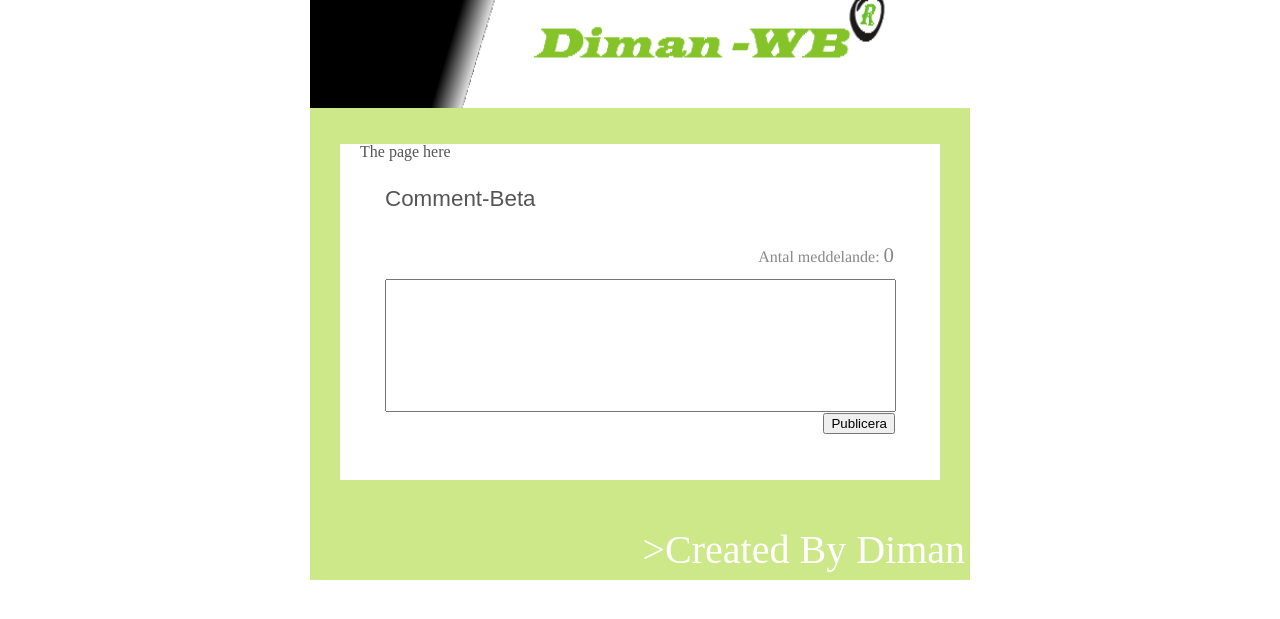
Repository: dn222em/1dv403-laborationer
Page: 2-labbymezzage/index.html
The author's editor kept a record of every edit. The page is drawn from the files as they stood at one moment, then again after the next edit.
The browser window is 1280 px wide. The pictures show the whole page.

Above is the page before.

### 2-labbymezzage/index.html
<!doctype html>
<html lang="sv">
<head>

        <meta charset="utf-8">
        <title>Labby mezzage</title>
        <link rel="stylesheet" href="style.css" />
        <script type="text/javascript" src="Message.js"></script>
        <script type="text/javascript" src="MessageBoard.js"></script>

</head>
<body>
    <div id="container">
        <header>
			<h1>Blogg</h1>
		</header>
    <main id="main">
        <div id="page">
            The page here
             <div class="main-comment">
 <h3 class="comment-title">Comment-Beta</h3>
                <div id="comments-list" class="comments-list">
                     <ul id="comment-holder" class="comment-holder">
                     </ul>

                </div>

         </div>
    <p id="count-comments" class="count-comments">Antal meddelande: <code id="count-length" class="count-length">0</code></p>
         <div class="comment-box">
            <textarea  name="kommentar" id="comment-box"></textarea>
         </div>
             <div id="comment-publish-button">
                 <input id="publish-button" type="button" name="submit" value="Publicera" />
             </div>
         </div>
    </main>
            <footer id="footer"><p>>Created By Diman</p></footer>
    </div>
</body>

</html>

### 2-labbymezzage/style.css
/*Reset-styleshhet
-----------------------------------------------------------------------------*/
/* http://meyerweb.com/eric/tools/css/reset/
   v2.0 | 20110126
   License: none (public domain)
*/

html, body, div, span, applet, object, iframe,
h1, h2, h3, h4, h5, h6, p, blockquote, pre,
a, abbr, acronym, address, big, cite, code,
del, dfn, em, img, ins, kbd, q, s, samp,
small, strike, strong, sub, sup, tt, var,
b, u, i, center,
dl, dt, dd, ol, ul, li,
fieldset, form, label, legend,
table, caption, tbody, tfoot, thead, tr, th, td,
article, aside, canvas, details, embed,
figure, figcaption, footer, header, hgroup,
menu, nav, output, ruby, section, summary,
time, mark, audio, video {
	margin: 0;
	padding: 0;
	border: 0;
	font-size: 100%;
	font: inherit;
	vertical-align: baseline;
}
 HTML5 display-role reset for older browsers
article, aside, details, figcaption, figure,
footer, header, hgroup, menu, nav, section {
	display: block;
}
body {
	line-height: 1;
}
ol, ul {
	list-style: none;
}
blockquote, q {
	quotes: none;
}
blockquote:before, blockquote:after,
q:before, q:after {
	content: '';
	content: none;
}
table {
	border-collapse: collapse;
	border-spacing: 0;
}
/*End of Reset - stylesheet
--------------------------------------------------------------------
/*CSS -Stylesheet
======================================================================================================*/
#container{
    width: 660px;
    height:auto;
	background-color:#cce889;/*#c2d8fc;*/
	margin:0 auto;
	padding:0;
	background-image:url("pics/20.png");
	background-repeat:no-repeat;
	background-size:660px 130px;
	margin-top:-22px;

}


h1{
	margin-bottom:50px;
}

/*body{
	background-color:#FFF;
}*/
main {

	background-color: #FFF;
	width: 600px;
	margin:10px auto 10px auto;
	height:auto;
	margin-top:150px;
	padding-bottom:50px;
}

footer{
	margin-top:50px;
	clear:both;
}

footer p {
	font-size:2.5em;
	text-align:right;
	color:#fff;
	margin:5px;
	padding-bottom:10px;
}
.comment-paragraf{
	width:500px;
	margin:2px;
}
/*=======================================================p - total comments*/
.count-comments{
	font-size:1em;
	font-family:'Times';
	float:right;
	margin-right:26px;
	margin-bottom:-2px;
	color:#888;
}

.count-length{
	font-size:1.3em;

}

/*=========================================================page*/
#page{
	width:auto;
	height:auto;
	color:#555;
	margin:20px;
	border-bottom:1px solid #e1e1e1;
	border:none;

}

/*==========================================================comment area*/
.main-comment{
	margin:20px;
	width:auto;
	height:auto;
	color:#444;

}

.comment-title{
	height:45px;
	line-height:37px;
	font-size:1.4em;
	font-family:'Arial';
	margin:0 5px 0 5px;
	color:#555;

}

/*====================================================posted comments*/
.comments-list{
	font-size:1em;
	font-family:'Times';
	margin:10px 5px 10px 5px;
	color:#555;
	color:#766;

}

#comment-holder{
	list-style-type:none;
	margin:0px;
	padding:0px;
	width:auto;
	height:auto;
}


.comment-holder-li{
	list-style-type:none;
	margin:5px 0px 5px 0px;
 	border:1px solid black;/*#e1e1e1;*/
 	padding-left:5px;
 	padding-right:5px;
	background-color:#cce889;
	min-height:80px;
	display:block;


}

.comment-holder-li:hover{
	background-color:#FDB;
}

/*=======================================================date*/
.comment-date{
	float:right;
}

.writen-date{

	font-family:Arial;
	color:red;
	font-size:0.7em;
	float:right;
	position: relative;
	margin-right:18px;
	padding-top:10px;
	margin-top:-25px;

}


/*========================================================buttons*/

.comment-upp-buttons ul{
    margin: 10px;
    padding: 5px;

}

.comment-upp-buttons li{

   	width: 60px;
    display: inline;
    border:none;
	list-style-type: none;
	padding: 10px;


}

.date-button, .delete-button{
	width: 60px;
    display: inline;
	float:right;
	position: relative;
	width:24px;
	height:24px;
	top:-10px;
	cursor:pointer;


}

.date-button:hover{
	-webkit-transform: scale(1.2);
    -moz-transform: scale(1.2);
    transform: scale(1.2);
}
.date-button:active{
	-webkit-transform: scale(1);
    -moz-transform: scale(1);
    transform: scale(1);
}

.delete-button:hover{
	-webkit-transform: scale(1.2);
    -moz-transform: scale(1.2);
    transform: scale(1.2);
}
.delete-button:active{
	-webkit-transform: scale(1.0);
    -moz-transform: scale(1.0);
    transform: scale(1.0);
}


/*==================================================comments textarea*/
.comment-box{
	height:130px;
	width:auto;
	margin:5px;
	margin-right:20px;
	margin-left:25px;
	margin-top:55px;
	min-height:100px;


}

#comment-box{
	width:98%;
	color:#223;/*#272426;*/
	height:98%;
	position:relative;
	resize:none;
	margin-top:-1px;

}

#comment-box:hover{
	border:2px solid #279521;
}

#comment-publish-button{
	margin-top:-2px;
	float:right;
	margin-right:25px;

}
#publish-button{
	cursor:pointer;
}

### 2-labbymezzage/Message.js
"use strict";

/* Denna "klass" skapar vi Message-objekt utifrån.
 * Vi kapslar in privata variabler med getters och setters.
*/
    function Message (message, date, id){

        this.getText = function(){ return this.message; };
        this.setText = function(_message){
            if(typeof _message === "undefined" || _message.trim() ==="" ){
                console.log("Textarean är tom!");
            }
            this.message = _message;};

        this.getNewDate = function(){ return this.date;};
        this.setNewDate = function(_date){ this.date = _date;};

        this.getId = function (){return this.id;};
        this.setId = function(_id){ return this.id = _id;};
    }

    Message.prototype.toString = function (){
        return this.getText();// +"<br/>"+"<br/>" +" (" + this.getNewDate() + ") ";
    };

### 2-labbymezzage/MessageBoard.js
"use strict";

/* I denna fil körs vår applikation.
 * Vi använder window.onload för att starta applikationen när
 * fönstret laddat klart. *
 */

var MessageBoard = {

    messages : [],

    count: 0,

    init : function (){

    var publish = document.getElementById("publish-button");
    publish.onclick = MessageBoard.createMessage;

    var shiftEnterKey = document.getElementById("comment-box");
    shiftEnterKey.onkeypress = function ( e) {

        if(e.keyCode == 13 && !e.shiftKey) {
            MessageBoard.createMessage();
            return false;

        }
        else if (e.keyCode == 13 && e.shiftKey) {
                //shiftEnterKey.value+='<br  />';//
            }
        };
    /*var enterKey = document.getElementById("comment-box");
    enterKey.onkeypress = function (e) {
        if(e.keyCode === 13){
            createMessage();
        }
    };*/
},


    createMessage:function (){

        var now = new Date();//.toLocaleString();
        var message = new Message();
    	var ul = document.getElementById("comment-holder");
    	var li = null;//document.createElement("li");
    	var div1 = null;
    	var div2 = null;
    	var div3 = null;
    	var div4 = null;
    	var div5 = null;
    	var div6 = null;
    	var div7 = null;
    	var div8 = null;
    	var p = null;
        var paragr = document.getElementById("count-comments");
        var messageBirth;
        var subText = null;
        var emptyLine = null;
        var idCounter = MessageBoard.count;
        getMessage();


        function getMessage(){

		message.setText(document.getElementById("comment-box").value);

		if(message.message === "" || document.getElementById("comment-box").value.trim() ===""){
            document.getElementById("comment-box").style.backgroundColor =" #e1e1e1";
            document.getElementById("comment-box").style.border="1px solid red";
            document.getElementById("comment-box").value = "Du måste skriva något för att kommentera";

            var delay=1000;

            setTimeout(function(){
                document.getElementById("comment-box").style.backgroundColor ="white";
                document.getElementById("comment-box").style.border = "1px solid #cce889";
		        document.getElementById("comment-box").value = "";
            },delay);
		return;
		}

		message.setNewDate(now);
		if(MessageBoard.shiftEnterKey){
            subText = message.toString();
            emptyLine = subText.replace(/[\n\r]/g, "<br/>");
            message.setText(emptyLine);
		}
		++idCounter;
		//message.id = "message No"+idCounter;
		message.setId("message No"+idCounter);
	    MessageBoard.messages.push(message);
		createElements(message);
		emptyBox();
		MessageBoard.count++;
        return message;

    }

    function emptyBox(){
    document.getElementById("comment-box").value="";
	var boxNew =document.getElementById("comment-box").value;
    boxNew.trim();

    }

    function createElements(message){

        div6 = document.getElementsByClassName("count-length");
	    while(div6[0]) {
         div6[0].parentNode.removeChild(div6[0]);
        }

	    li = document.createElement("li");
    	document.getElementsByClassName("comment-holder")[0];//.appendChild(li);
    	//li.innerHTML = message.message;//toString();//message.message;
        li.className ="comment-holder-li";
	    li.id = idCounter+"li";

	    ul.appendChild(li);

    	ul.insertBefore(li, ul.childNodes[0]);

        p=document.createElement("p");
        document.getElementById(li.id).appendChild(p);
        p.className ="comment-paragraf";
        li.appendChild(p);
        p.innerHTML = message.message;

	    div1 = document.createElement("div");
        document.getElementById(li.id).appendChild(div1);
        //document.getElementsByClassName("comment-holder-li")[0];
        div1.className = "comment-upp-buttons";
        div1.id = idCounter+"comment-upp-buttons";
        div1.innerHTML;
        li.appendChild(div1);

        div2 = document.createElement("ul");
        document.getElementById(div1.id).appendChild(div2);
        //document.getElementsByClassName("comment-upp-buttons")[0];
        div2.id = idCounter+"ul2";
        div2.innerHTML;
        div1.appendChild(div2);

        div3 = document.createElement("li");
        document.getElementById(div2.id).appendChild(div3);
        div3.id = idCounter+"li2";
        div3.innerHTML;
        div2.appendChild(div3);

        div4 = document.createElement("img");
        document.getElementById(div3.id).appendChild(div4);
        div4.id = idCounter+"date-button";
        div4.className = "date-button";
        div4.innerHTML;
        div3.appendChild(div4);
        div4.setAttribute("src", "pics/TIMER.png");
        div4.setAttribute("onClick", "");
        //div4.onclick = showDate;
        div4.addEventListener("click", showDate);

        div5 = document.createElement("img");
        document.getElementById(div4.id).appendChild(div5);
        div5.className ="delete-button";
        div5.id =idCounter+ "delete-button";
        div3.appendChild(div5);
        div5.innerHTML;
        div5.setAttribute("src", "pics/DELETE.png");
        div5.setAttribute("onClick", "");
        //div5.onclick = deleteMessage;
        div5.addEventListener("click", deleteMessage);


        div8 = document.createElement("div");
        document.getElementsByClassName(li.id)[1];//.appendChild(div8);
        div5.appendChild(div8);
        div8.id = idCounter+"comment-date";
        div8.className ="comment-date";
        li.appendChild(div8);

        div7 = document.createElement("code");
        document.getElementById(div8.id).appendChild(div7);
        div7.className = "writen-date";
        div7.id = idCounter+"writen-date";
        div8.appendChild(div7);
        div7.innerHTML= showTime(message.date);


        div6 = document.createElement("code");
        document.getElementById("count-comments").appendChild(div6);
        div6.id = "count-length";
        div6.className = "count-length";
        paragr.appendChild(div6);

        div6.innerHTML= MessageBoard.messages.length;
    }

    function showTime(str){


        str  = message.date;

		//Create a new date-object to find the exact day.
	    messageBirth = new Date((-(-str - now))-now );

        var hours = messageBirth.getHours();
        var minutes = messageBirth.getMinutes();
        var seconds = messageBirth.getSeconds();

        //messageBirth.getHours()+":"+messageBirth.getMinutes()+":"+messageBirth.getSeconds()
        if(hours < 10){
            hours ="0"+hours;
        }
        if (minutes < 10){
            minutes="0"+minutes;
        }
        if(seconds < 10){
            seconds ="0"+seconds;
        }
        var time = hours+":"+minutes+":"+seconds;
        return time;

    }

    function showDate(str){

         str  = message.date;
         var timeNew = showTime(str);

        //Create two Arrays with Swedish names for days and months!
		var dayName=["Söndag", "Måndag", "Tisdag", "Onsdag", "Torsdag", "Fridag", "Lördag"];
		var monthName=["Jenuari", "Februari", "Mars","April", "Maj", "Juni", "Juli", "Augusti", "September", "Oktober", "November", "December"];


		//Create a new date-object to find the exact day.
	    messageBirth= new Date((-(-str - now))-now );

	    var dateCreation = dayName[messageBirth.getDay()] +" "+messageBirth.getDate()+ " "+monthName[messageBirth.getMonth()]+" "+messageBirth.getFullYear() +"   ";
		//Precentate date and time
        var str1 = "Meddelandet skapades " +dateCreation+timeNew;
        alert(str1);
    }


   function deleteMessage(str){


        //var a = str.target.nodeName;
        var a = str.target.id;
        var b =a.replace('delete-button','');
        var c = b +"li";
        var e = "message No"+b;
        var d = confirm("Vill du verkligen radera meddelandet?");
        var index;

        if (d){
            for(var i = 0; i < MessageBoard.messages.length; i++) {

                if(MessageBoard.messages[i].id === e){
                    console.log(i);
                    index =i;
                    break;
                }
            }

            var x = document.getElementById(c);
            x.remove(x.selectedIndex);
            MessageBoard.messages.splice(index,1);
            console.log(MessageBoard.messages);
            var  fr= document.getElementById("count-length");//.value==MessageBoard.messages.length-1);
            fr.innerHTML=MessageBoard.messages.length;
        }
   }
  console.log(MessageBoard.messages.length);
  console.log(MessageBoard.messages);

}

};

// Här ser vi till att starta applikationen när fönstret laddat klart.
window.onload = MessageBoard.init;

After the next edit:
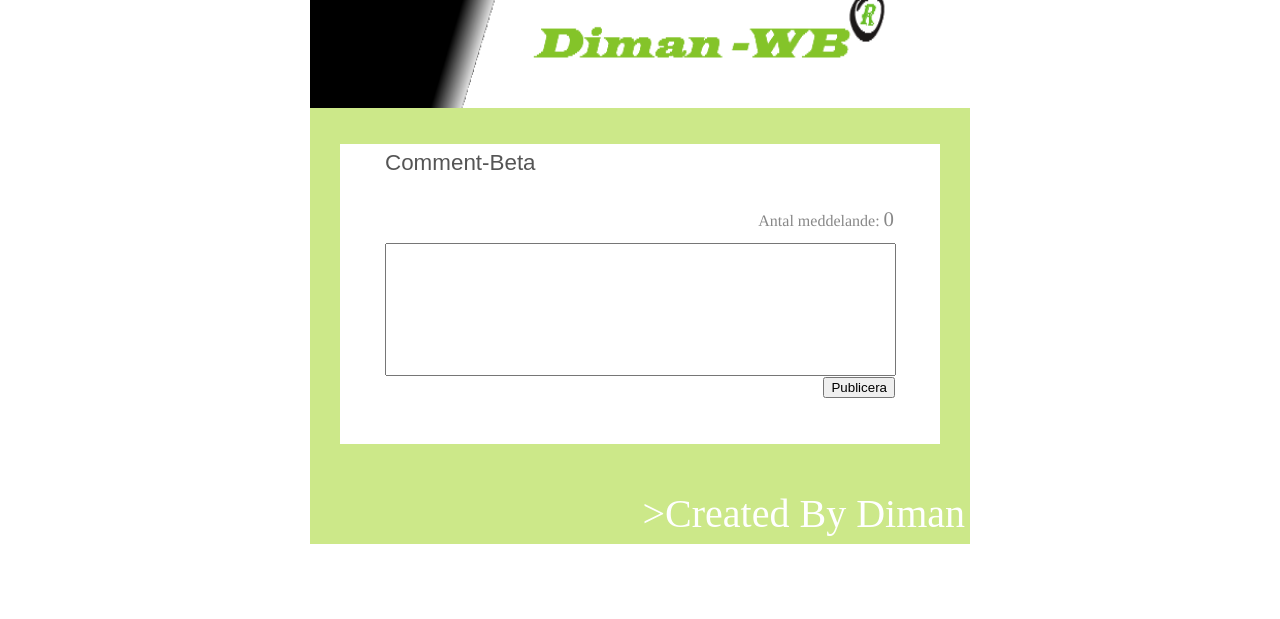
The edit:
--- a/2-labbymezzage/index.html
+++ b/2-labbymezzage/index.html
@@ -16,7 +16,7 @@
 		</header>
     <main id="main">
         <div id="page">
-            The page here
+
              <div class="main-comment">
  <h3 class="comment-title">Comment-Beta</h3>
                 <div id="comments-list" class="comments-list">
